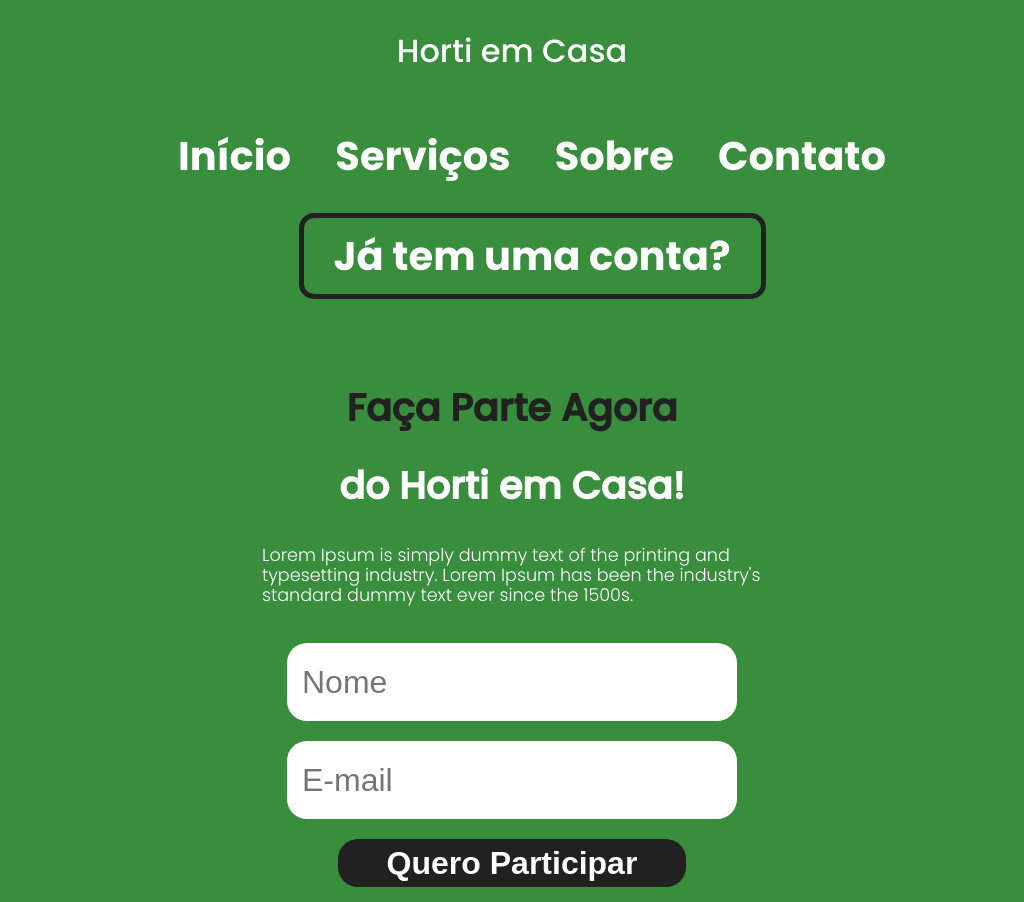
Repository: gabrielcastroo/horti-em-casa
Page: index.html
The author's editor kept a copy of each file at every save. The page is drawn from the files as they stood at one save, then again after the next save.
The browser window is 1024 px wide. The pictures show the whole page.

Above is the page before, as saved 2022-04-26 12:29:48.

### index.html
<!DOCTYPE html>
<html lang="pt-br">
<head>
    <meta charset="UTF-8">
    <meta http-equiv="X-UA-Compatible" content="IE=edge">
    <link href="styles/style.css" rel="stylesheet">
    <link href="styles/fonts.css" rel="stylesheet">
    <link href="/styles/media.css" rel="stylesheet">
    <title>Horti em Casa</title>
</head>
<body>
    <header>
        <div>
            <h1>
                Horti em Casa
            </h1>
        </div>

        <ul>
            <a href="#"><li>Início</li></a>
            <a href="#"><li>Serviços</li></a>
            <a href="#"><li>Sobre</li></a>
            <a href="#"><li>Contato</li></a>
            <a href="#" id="inscrever"><li>Já tem uma conta?</li></a>
        </ul>
    </header>

    <main>
        <aside>
            <h2>
                <span>
                    Faça Parte Agora
                </span>
            </h2>
            <h2>
                do Horti em Casa!
            </h2>
            <p>
                Lorem Ipsum is simply dummy text of the printing and typesetting industry. Lorem Ipsum has been the industry's standard dummy text ever since the 1500s.
            </p>
            <form>
                <input type = "text" id = "name" placeholder = "Nome">
                <input type = "email" id = "email" placeholder = "E-mail">
                <input type = "submit" value = "Quero Participar" id="submit">
            </form>
        </aside>

        <article>
            <img src="components/images/legumes.png" alt = "legumes">
        </article>
    </main>
    <script src="js/script.js"></script>
</body>
</html>

### styles/style.css
body{
    /* background-color: rgba(#388E3C); */
    background-color: rgb(56, 142, 60);
    color: white;
    font-family: poppinsregular;
    max-Width: 1200px;
    margin: 0 auto;
    padding: 15px;
}

aside {
    display: flex;
    align-items: center;
    flex-direction: column;
}

header {
    display: flex; /* disposição dos elementos*/
    flex-direction: row;
    justify-content: space-between;
    align-items: center;

}

#title {
    flex-direction: column;
    line-height: 10px;

}

li{
    display: inline-block;
    margin: 20px;
}

a{
    color: white;
    font-family: poppinsbold;
}

a:hover {
    color: rgb(33, 33, 33);
    transition: 0.3s all;
}

#inscrever {
    border: 5px solid rgb(33, 33, 33);
    padding:10px;
    border-radius: 15px;
}

#inscrever:hover {
    background-color: rgb(33, 33, 33);
    color: white;
}

h1 {
    font-weight: 400;
    font-family: poppinsmedium;
}

h2{
    font-size: 50px;
    line-height: 15px;
    font-family: poppinsmedium;
}

main {
    display: flex; /* disposição dos elementos*/
    flex-direction: row;
    margin-top: 50px;
}

span{
    color: rgb(33, 33, 33)
}

p{
    line-height: 20px;
    max-width: 500px;
    font-family: poppinslight;
}

img {
    width: 380px;
    padding-left: 250px;
}

form {
    display: flex;
    flex-direction: column;
    width: 70%;
}

#submit {
    height: 20px;
    width: 50%;
    background-color: rgb(33,33,33);
    color: white;
    font-weight: bold;
    padding-bottom: 30px;
}

#submit:hover {
    cursor: pointer;
}

input {
    margin-top: 20px;
    height: 20px;
    padding: 15px;
    border-radius: 20px;
    border: none;
    font-size: 15px;
}

### styles/fonts.css
@font-face {
    font-family: 'poppinsblack';
    src: url('../components/fonts/poppins-black-webfont.woff2') format('woff2'),
         url('../components/fonts/poppins-black-webfont.woff') format('woff');
    font-weight: normal;
    font-style: normal;

  }




  @font-face {
    font-family: 'poppinsbold';
    src: url('../components/fonts/poppins-bold-webfont.woff2') format('woff2'),
         url('../components/fonts/poppins-bold-webfont.woff') format('woff');
    font-weight: normal;
    font-style: normal;

  }


  @font-face {
    font-family: 'poppinslight';
    src: url('../components/fonts/poppins-light-webfont.woff2') format('woff2'),
         url('../components/fonts/poppins-light-webfont.woff') format('woff');
    font-weight: normal;
    font-style: normal;

  }


  @font-face {
    font-family: 'poppinsmedium';
    src: url('../components/fonts/poppins-medium-webfont.woff2') format('woff2'),
         url('../components/fonts/poppins-medium-webfont.woff') format('woff');
    font-weight: normal;
    font-style: normal;

  }

  @font-face {
    font-family: 'poppinsregular';
    src: url('../components/fonts/poppins-regular-webfont.woff2') format('woff2'),
         url('../components/fonts/poppins-regular-webfont.woff') format('woff');
    font-weight: normal;
    font-style: normal;

  }

  @font-face {
    font-family: 'poppinssemibold';
    src: url('../components/fonts/poppins-semibold-webfont.woff2') format('woff2'),
         url('../components/fonts/poppins-semibold-webfont.woff') format('woff');
    font-weight: normal;
    font-style: normal;

  }

### styles/media.css
@media screen and (max-width: 1148px){

    a {
        font-size: 2.5em;
    }

    p {
        font-size: 1.1em;
    }

    header {
        flex-direction: column;
    }

    main {
        flex-direction: column;
    }

    h2 {
        font-size:38px;
    }

    form {
        margin: 0 auto;

    }

    #submit {
        padding: 1px;
        font-size: 2em;
        height: 1.5em;
    }

    input{
        align-self: center;
        font-size: 2em;
        height: 1.5em;
    }

    img{
        display: none;
    }

    ul {
        text-align: center;
    }
}

### js/script.js
var input = document. querySelector("#submit");


input.addEventListener("click", function(e) {

    const name = document.querySelector("#name").value;
    const email = document.querySelector("#email").value;

    console.log(name + email)

})

After the next save:
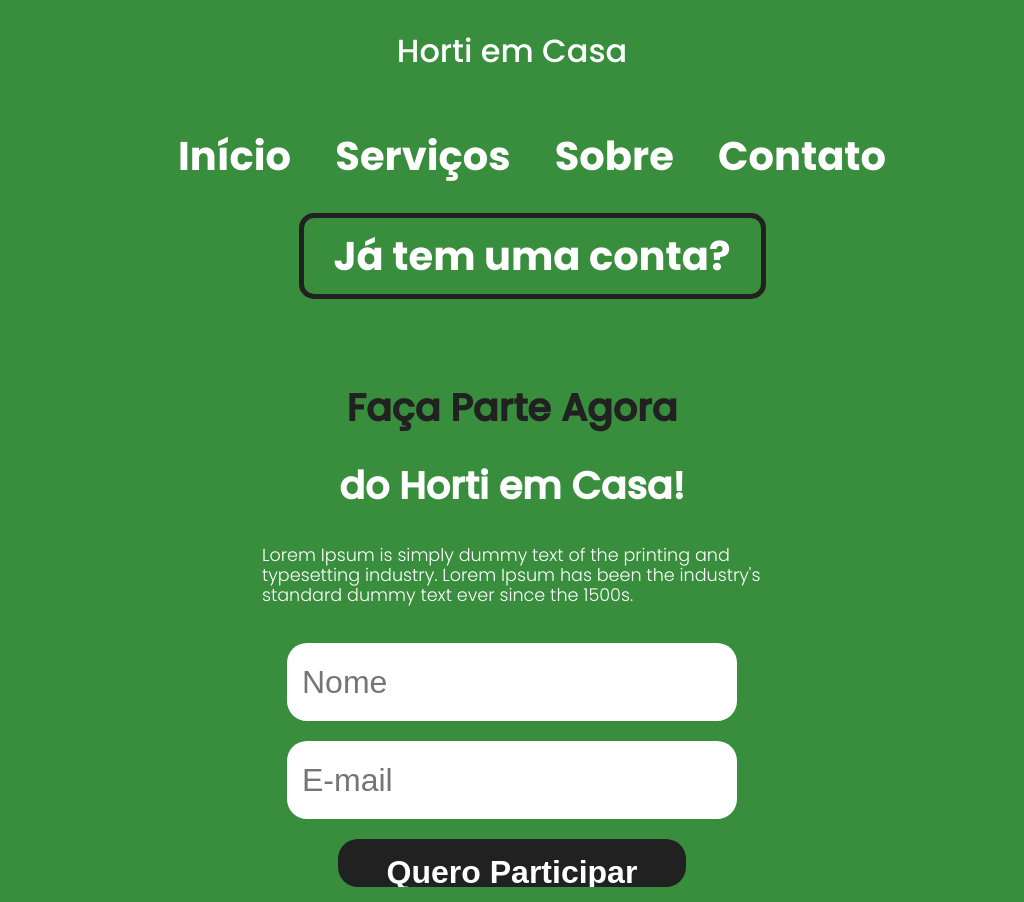
Saved 9 s later.
--- a/styles/media.css
+++ b/styles/media.css
@@ -26,7 +26,7 @@
     }
 
     #submit {
-        padding: 1px;
+        padding: 15px;
         font-size: 2em;
         height: 1.5em;
     }
